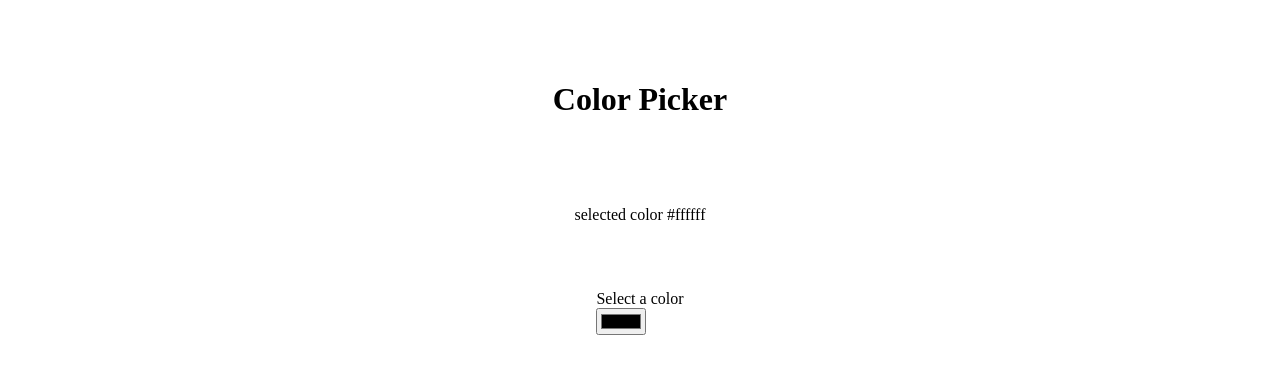
Repository: wakoya-tech/color-picker
Page: /
The author's editor kept a copy of each file at every save. The page is drawn from the files as they stood at one save, then again after the next save.
The browser window is 1280 px wide. The pictures show the whole page.
The project was rebuilt for these pictures with package versions that can differ from the ones it lists, and the page was loaded fresh each time. Also part of the build but not shown: vite.config.js, src/index.css.

Above is the page before, as saved 2025-10-16 20:49:59.

After the next save:
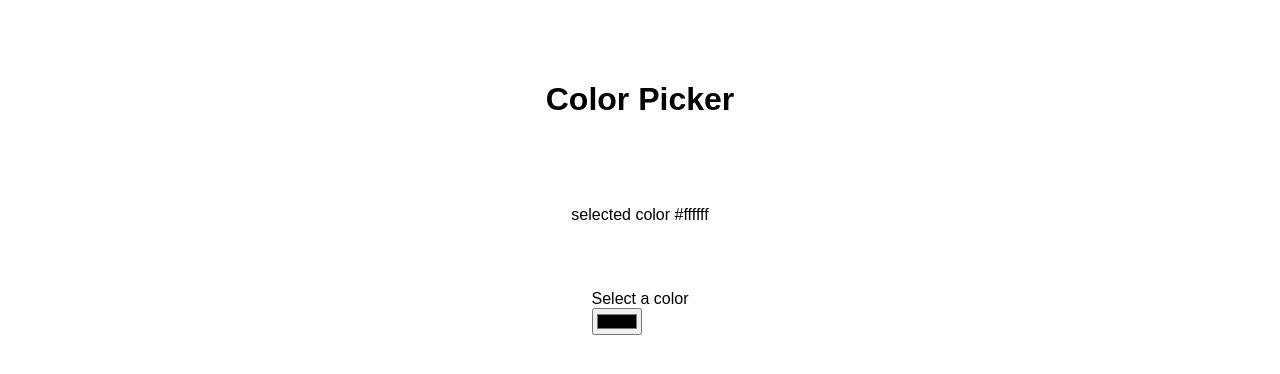
Saved 22 s later.
--- a/src/App.css
+++ b/src/App.css
@@ -1,6 +1,7 @@
 body{
   background-color: white;
   color: black;
+  font-family: Arial, Helvetica, sans-serif;
 }
 .color-picker-container{
   display: flex;
